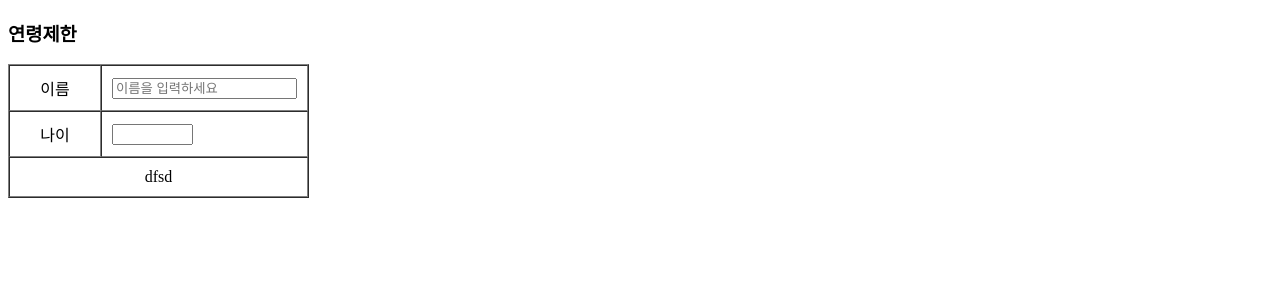
Repository: jihyunah/Java_EE
Page: workspace/testServlet/src/main/webapp/param.html
The author's editor kept a copy of each file at every save. The page is drawn from the files as they stood at one save, then again after the next save.
The browser window is 1280 px wide. The pictures show the whole page.

Above is the page before, as saved 2023-02-22 06:12:37.

After the next save:
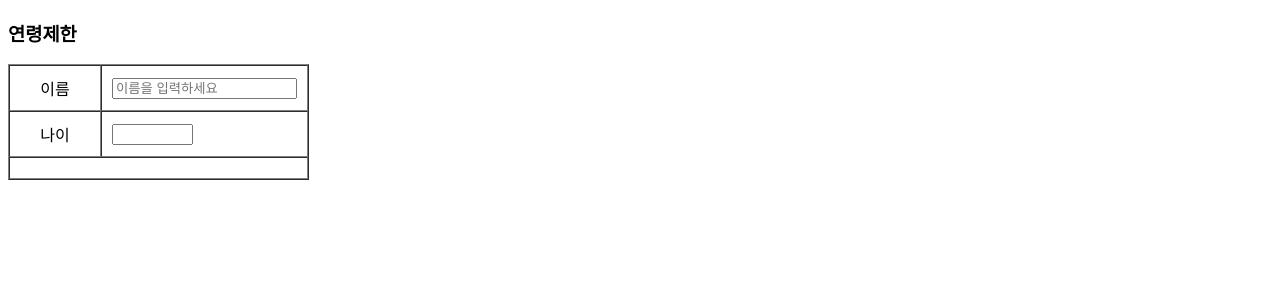
Saved 11 s later.
--- a/workspace/testServlet/src/main/webapp/param.html
+++ b/workspace/testServlet/src/main/webapp/param.html
@@ -19,7 +19,7 @@
 	</tr>
 
 	<tr>
-		<td colspan="2" align="center">dfsd </td>
+		<td colspan="2" align="center"></td>
 	</tr>
 
 	</table>
